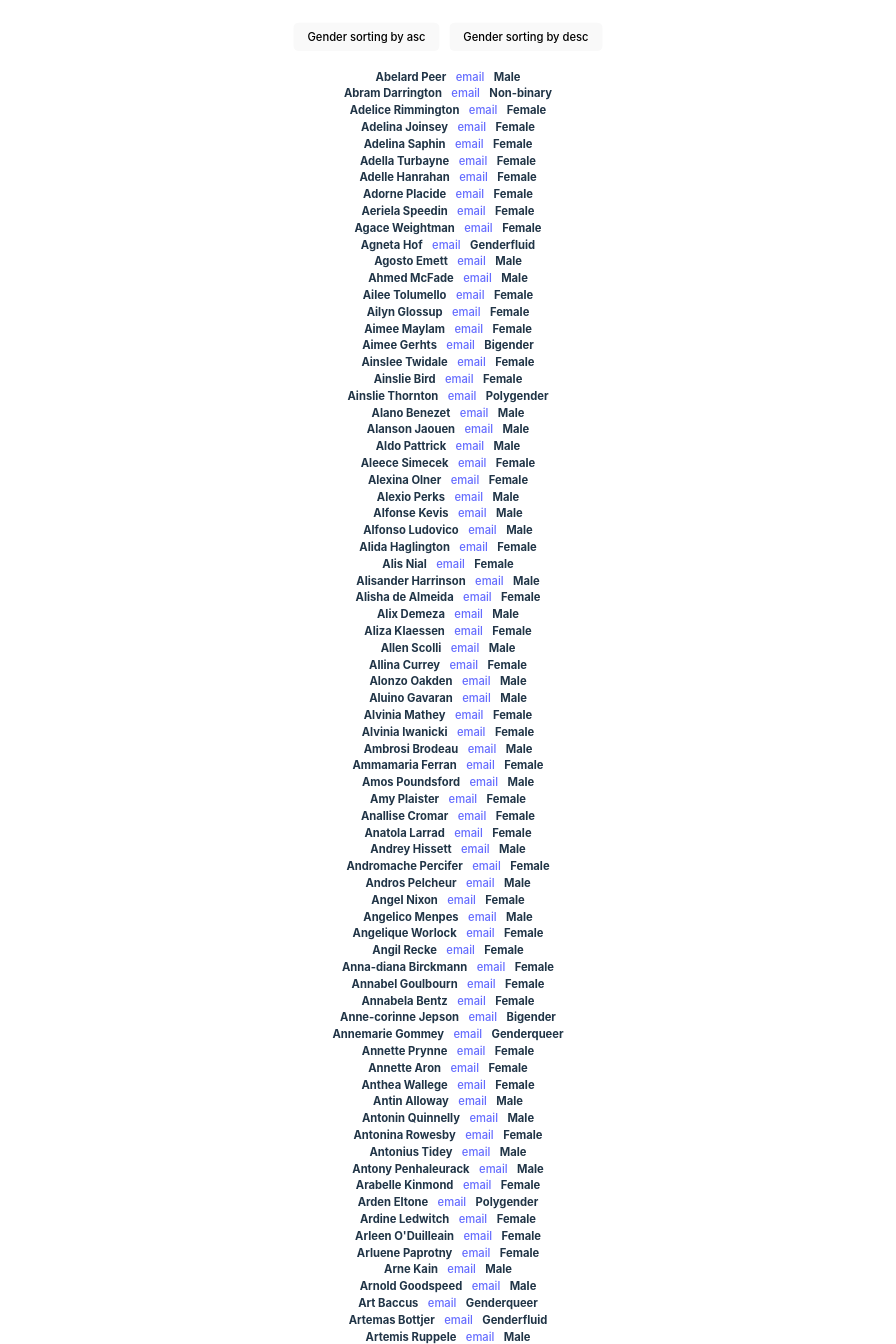
Repository: Kainar9292/sorting
Page: /
These files come from the project's save history. The page is drawn as it stood at one moment and after the next save; the edit follows.
The browser window is 1280 px wide. The pictures show the part of the page from y = 0 to 1920 px (the page is 24129 px tall), at 70% of full size.
The project was rebuilt for these pictures with package versions that can differ from the ones it lists, and the page was loaded fresh each time. Also part of the build but not shown: vite.config.js.

Above is the page before, as saved 2022-10-29 15:12:51.

After the next save:
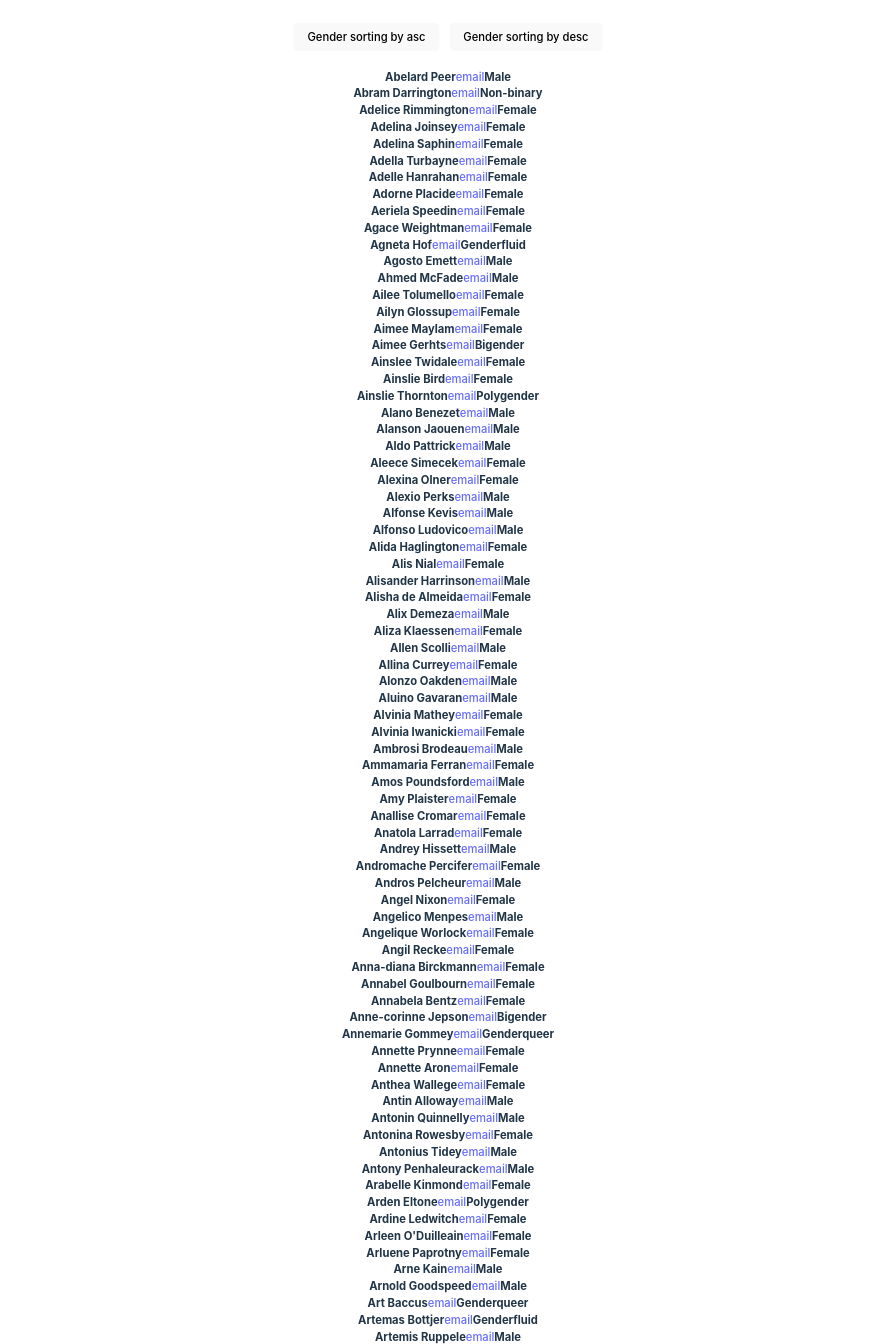
Saved 15 s later.
--- a/src/components/Users.vue
+++ b/src/components/Users.vue
@@ -9,8 +9,8 @@
   <br />
   <div class="users">
     <div v-for="item in state.users">
-      <strong>{{ item.first_name }} {{ item.last_name }}</strong> &nbsp;
-      <a href="mailto:{{item.email}}">email</a> &nbsp;
+      <strong>{{ item.first_name }} {{ item.last_name }}</strong>
+      <a href="mailto:{{item.email}}">email</a>
       <strong>{{ item.gender }}</strong>
       <!-- <br />
       <br /> -->
